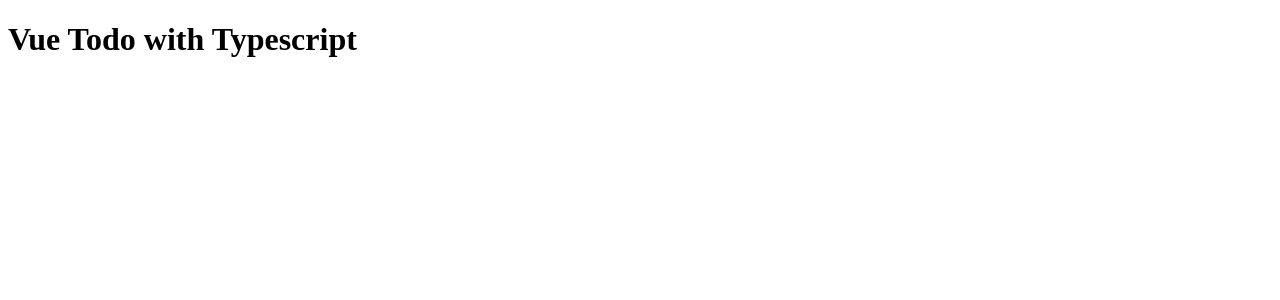
Repository: YangSeungWook/vue3-ts
Page: / (app in vue-todo/)
An editor plug-in stored every save of this project. The page is shown before and after the next save, followed by the edit.
The browser window is 1280 px wide. The pictures show the whole page.
The project was rebuilt for these pictures with package versions that can differ from the ones it lists, and the page was loaded fresh each time.

Above is the page before, as saved 2021-05-02 01:39:15.

### vue-todo/src/App.vue
<template>
  <div>
    <h1>Vue Todo with Typescript</h1>

  </div>
</template>

<script lang="ts">
import Vue from 'vue'

export default Vue.extend({

})
</script>

<style scoped>

</style>

### vue-todo/src/components/TodoInput.vue
<template>
  <div>
    <label for="todo-input"></label>
    <input id="todo-input" type="text">
    <button @click="addTodo" type="button">add</button>
  </div>
</template>

<script lang="ts">
import Vue from 'vue'
export default Vue.extend({
  methods : {
    addTodo () {
      console.log('add');
    }
  }
})
</script>

<style scoped>

</style>

Loaded but not shown: vue-todo/public/index.html (common file); vue-todo/src/main.ts (common file)

After the next save:
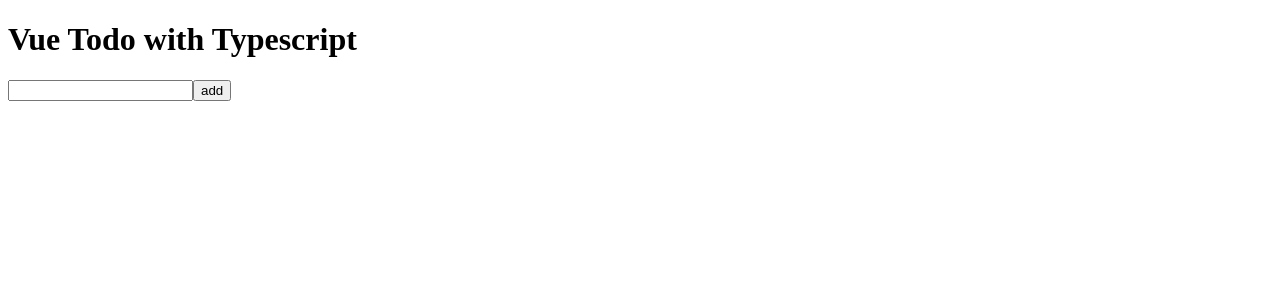
Saved 56 s later.
--- a/vue-todo/src/App.vue
+++ b/vue-todo/src/App.vue
@@ -1,14 +1,16 @@
 <template>
   <div>
     <h1>Vue Todo with Typescript</h1>
-
+    <TodoInput></TodoInput>
   </div>
 </template>
 
 <script lang="ts">
 import Vue from 'vue'
+import TodoInput from './components/TodoInput.vue'
 
 export default Vue.extend({
+  components: { TodoInput },
 
 })
 </script>
